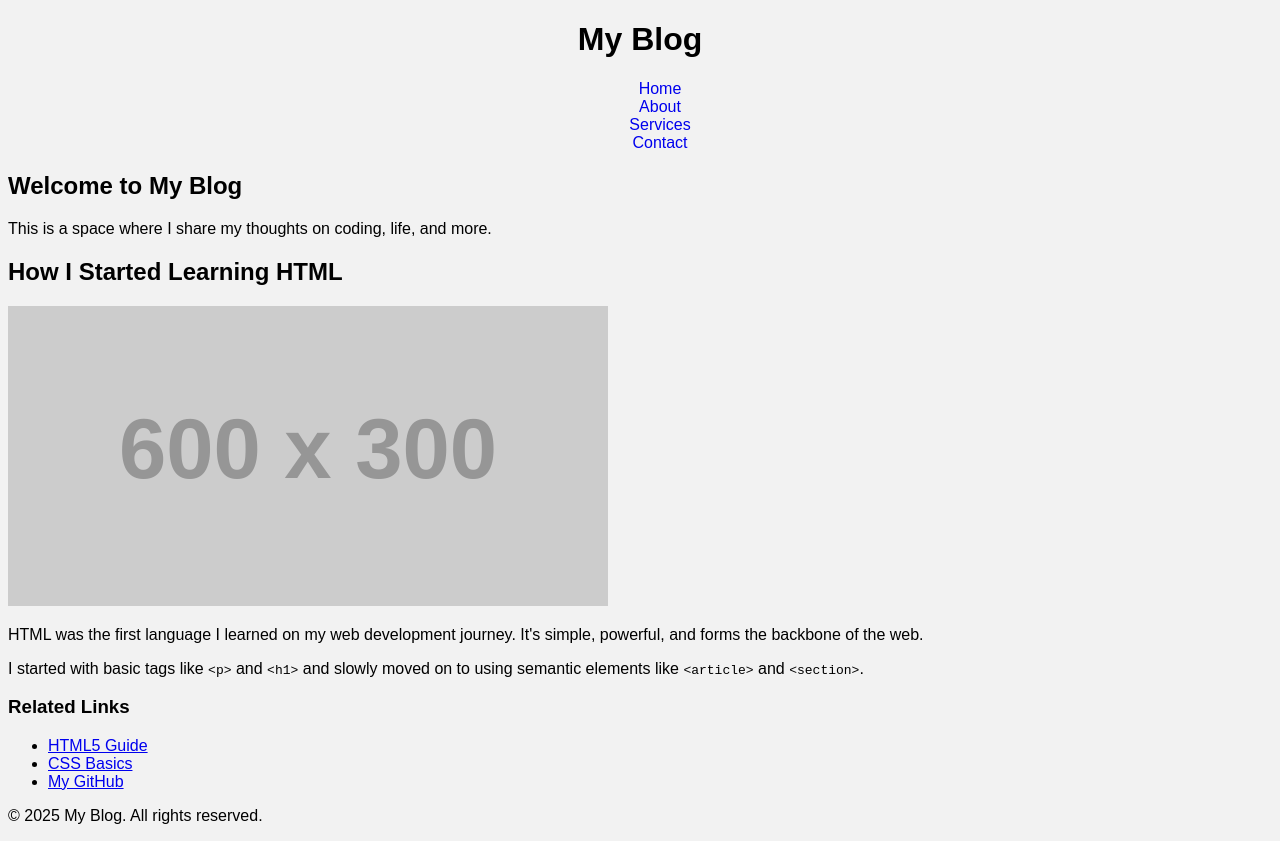
Repository: SainediAmbika/RecallingAll
Page: Angular Recalling/Blog Page/index.html
The author's editor kept a copy of each file at every save. The page is drawn from the files as they stood at one save, then again after the next save.
The browser window is 1280 px wide. The pictures show the whole page.

Above is the page before, as saved 2025-05-19 11:59:38.

After the next save:
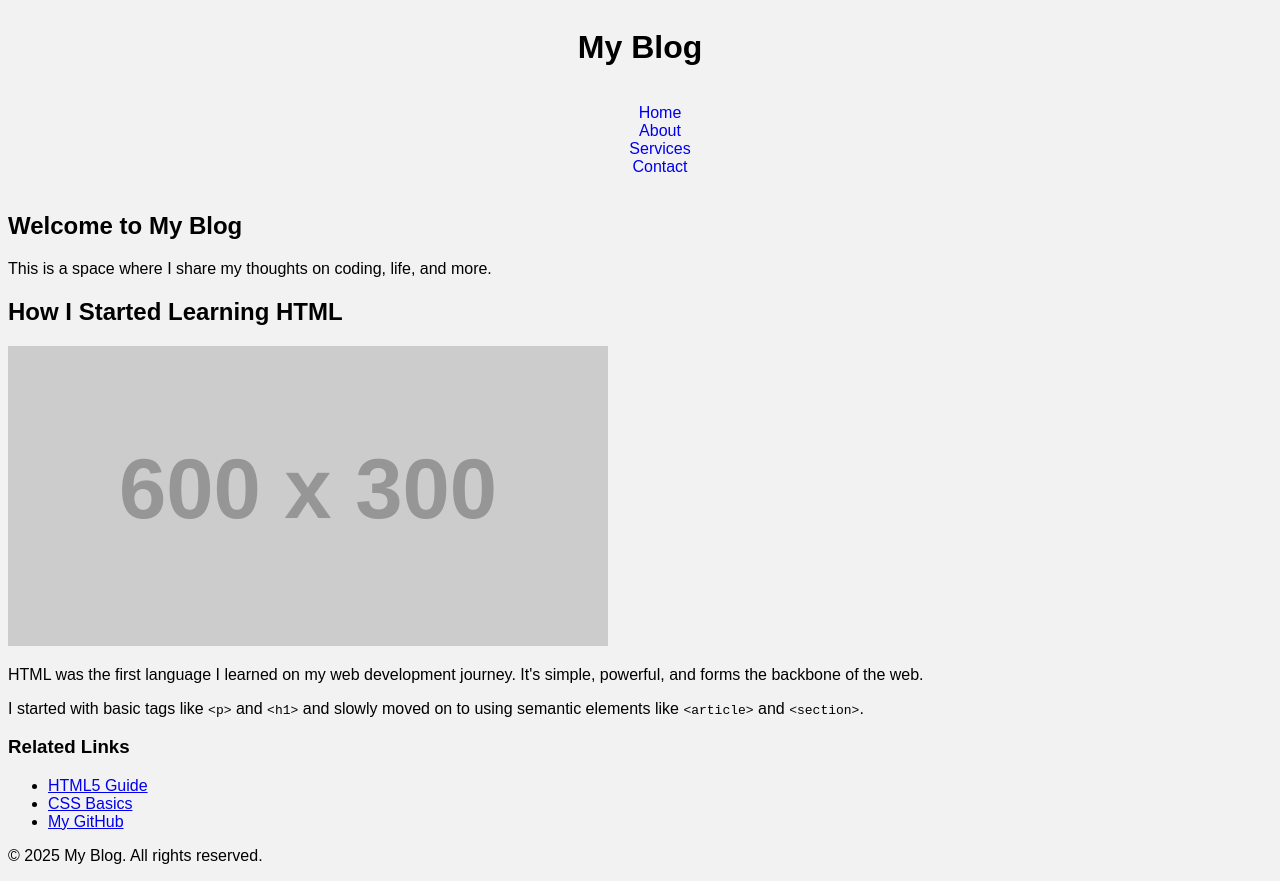
Saved 11 s later.
--- a/Angular Recalling/Blog Page/app.css
+++ b/Angular Recalling/Blog Page/app.css
@@ -1,11 +1,12 @@
 .header{
     text-align: center;
+     display: flex;
+    flex-direction: column;
 }
 
 nav ul{
     list-style-type: none;
- display: flex;
-    flex-direction: column;
+
 }
 
 nav ul li a{
